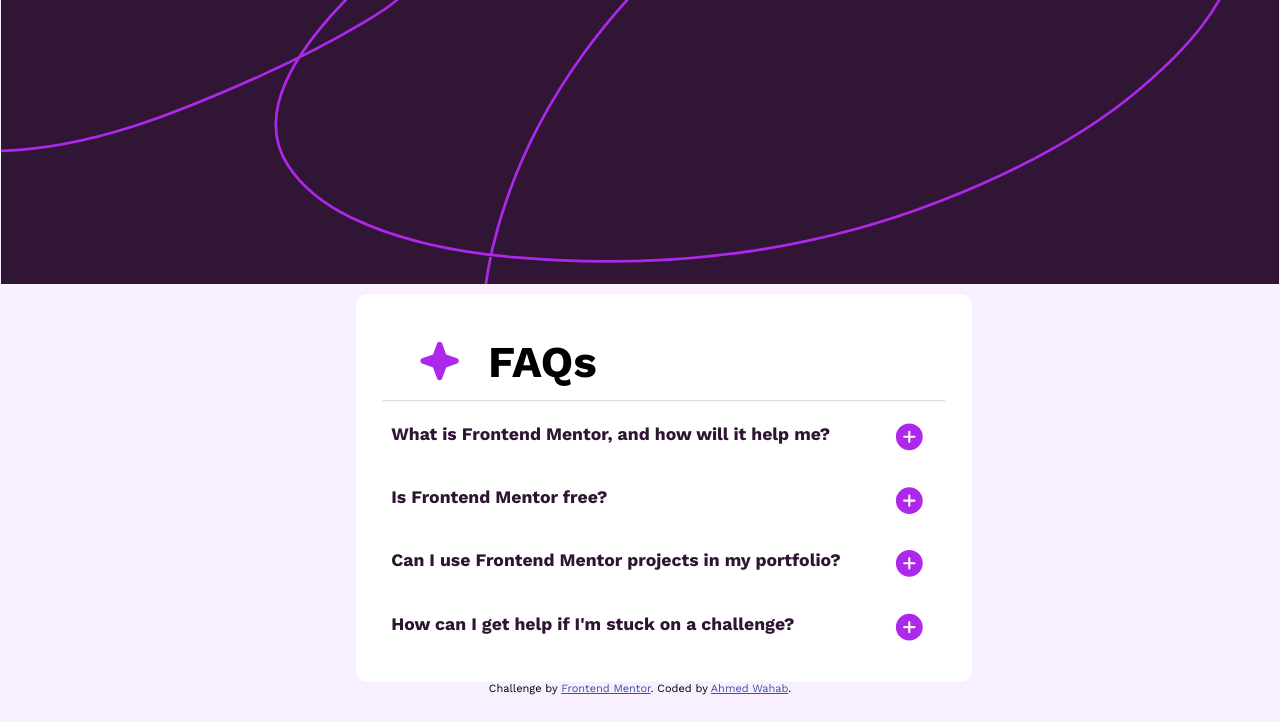
Repository: imokha01/accordion-main
Page: index.html
The author's editor kept a copy of each file at every save. The page is drawn from the files as they stood at one save, then again after the next save.
The browser window is 1280 px wide. The pictures show the whole page.

Above is the page before, as saved 2023-12-28 14:05:57.

After the next save:
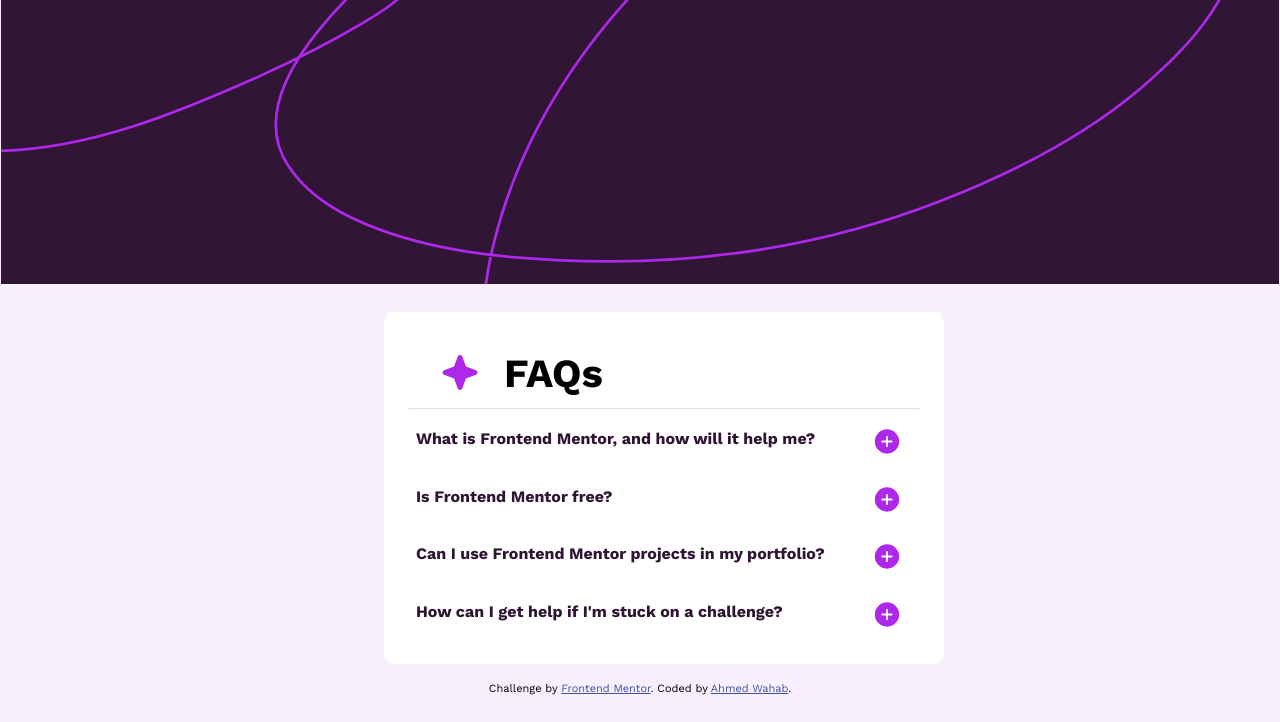
Saved 6 s later.
--- a/index.css
+++ b/index.css
@@ -54,7 +54,7 @@
     margin-top: 18em;
     transition: height 0.5s ease-in 1ms;
     overflow: hidden;
-    transform: scale(1.1);
+    /* transform: scale(1.1); */
     scrollbar-gutter: none ;
 }
 
